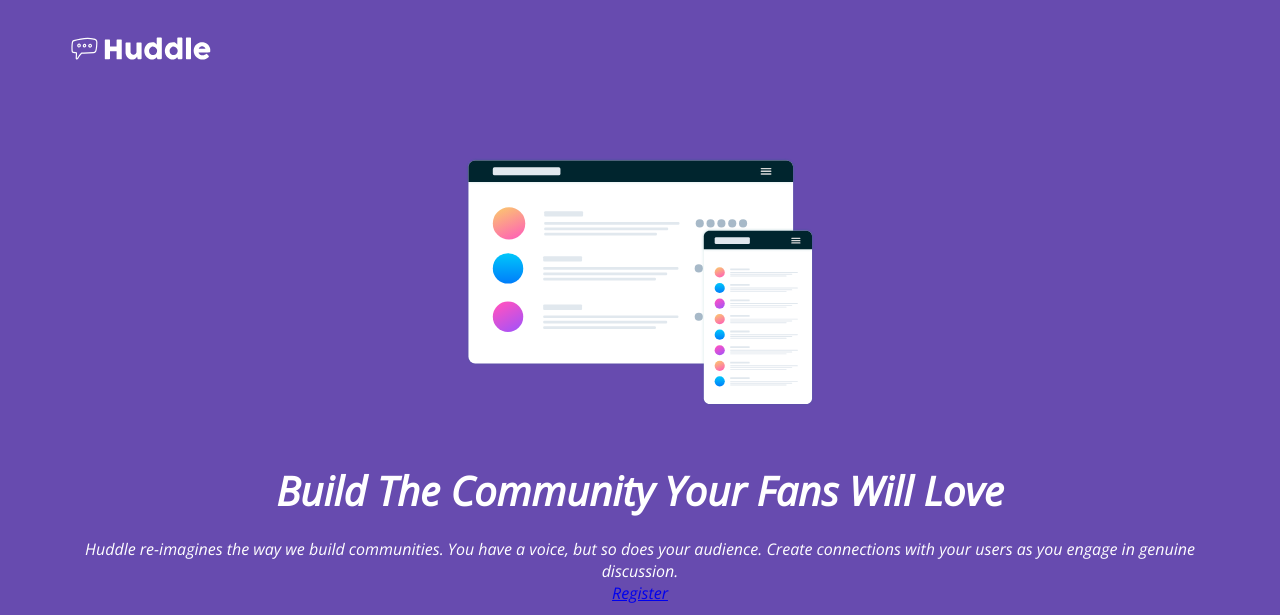
Repository: ivanvqz/huddle-landing-page
Page: index.html
These files come from the project's save history. The page is drawn as it stood at one moment and after a run of saves; the edit follows.
The browser window is 1280 px wide. The pictures show the part of the page from y = 0 to 615 px (the page is 1025 px tall before and 1000 px after).
A picture or video elsewhere on the page could not be fetched, so the positions and the page height are approximate.

Above is the page before, as saved 2022-10-19 22:43:34.

After the next 5 saves:
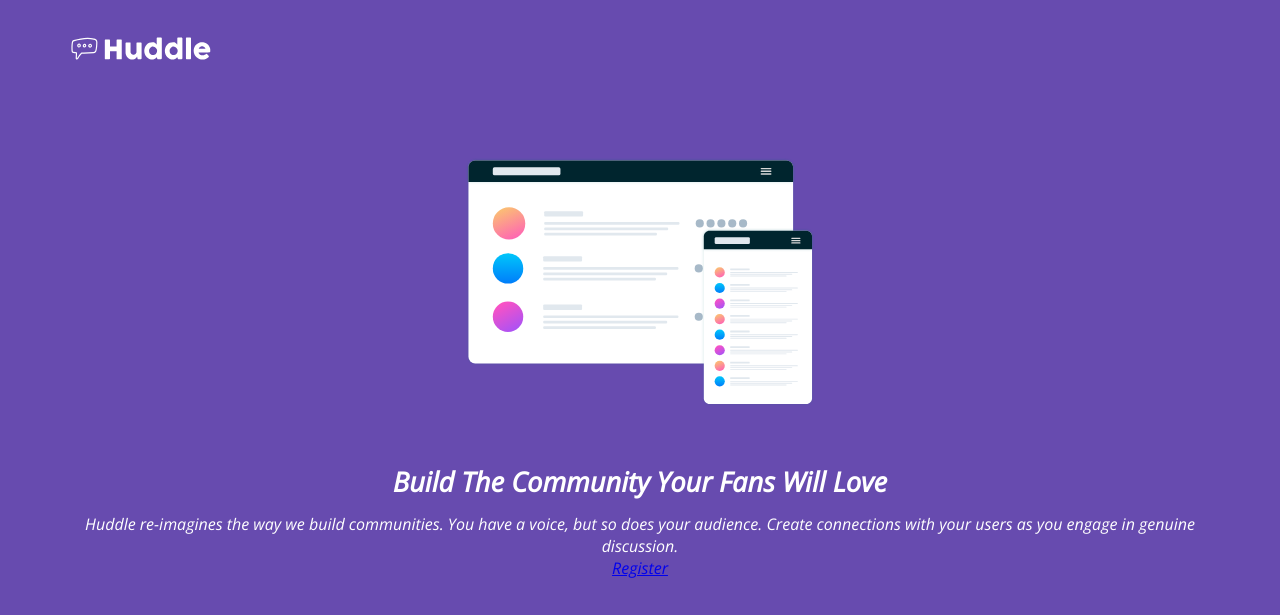
The 5 saves are shown as one change because they came seconds apart.
The last was saved 18 s later.
--- a/css/style.css
+++ b/css/style.css
@@ -59,7 +59,7 @@
 }
 
 .hero__title {
-    font-size: 2.5em;
+    font-size: 1.7rem;
     font-weight: 700;
     margin-bottom: 0.5em;
 }
